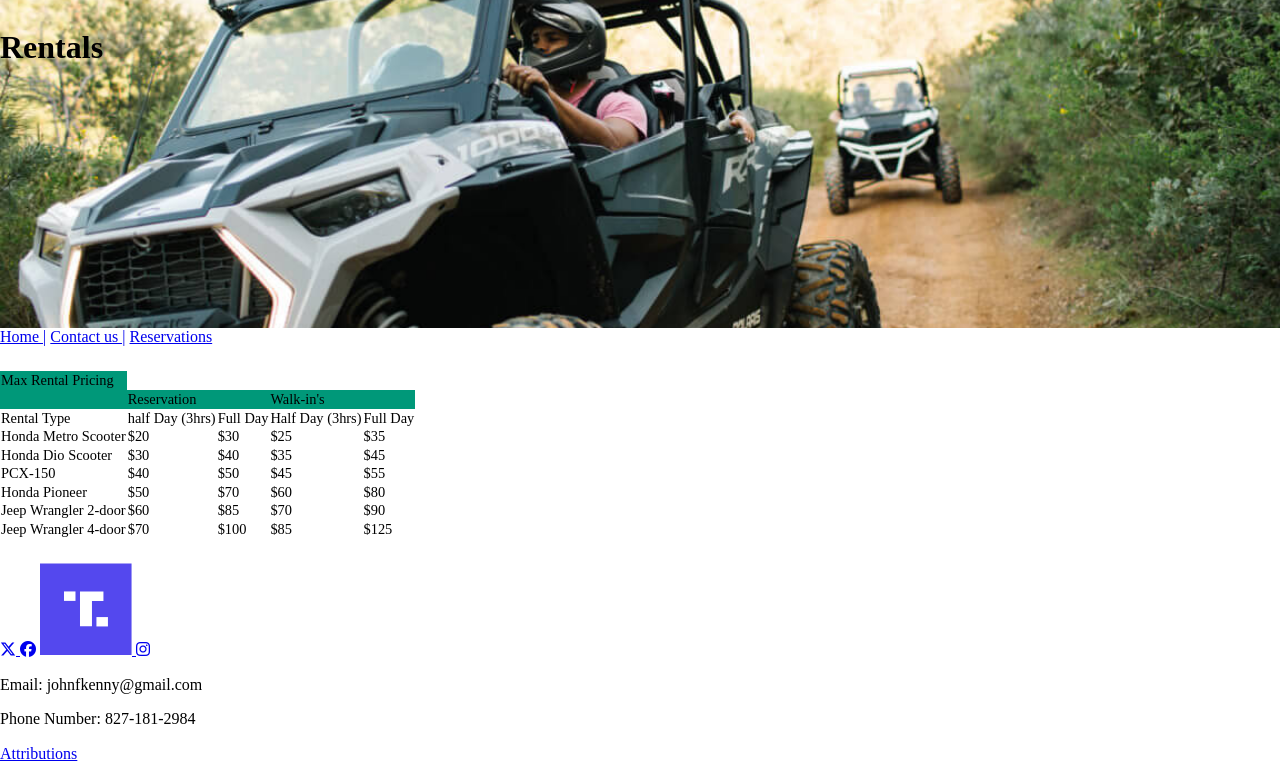
Repository: nak97/WDD230
Page: scoots/rentals-page/rentals-page.html
The author's editor kept a copy of each file at every save. The page is drawn from the files as they stood at one save, then again after the next save.
The browser window is 1280 px wide. The pictures show the whole page.
Some web libraries are served in a nearby version.

Above is the page before, as saved 2023-12-11 13:57:07.

After the next save:
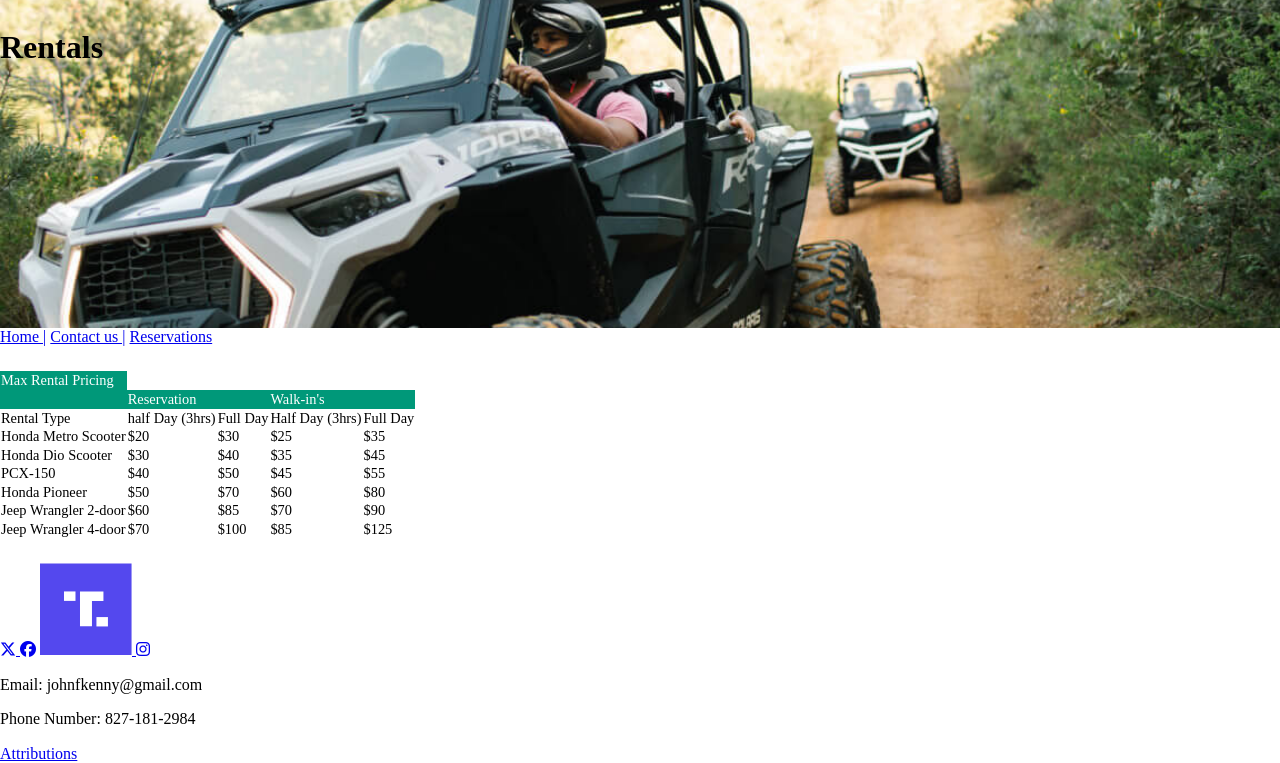
Saved 19 s later.
--- a/scoots/rentals-page/styles/base.css
+++ b/scoots/rentals-page/styles/base.css
@@ -18,4 +18,6 @@ header {
 
 .content-table thead tr {
   background-color: #009879;
+  color: #ffffff;
+  text-align: left;
 }
